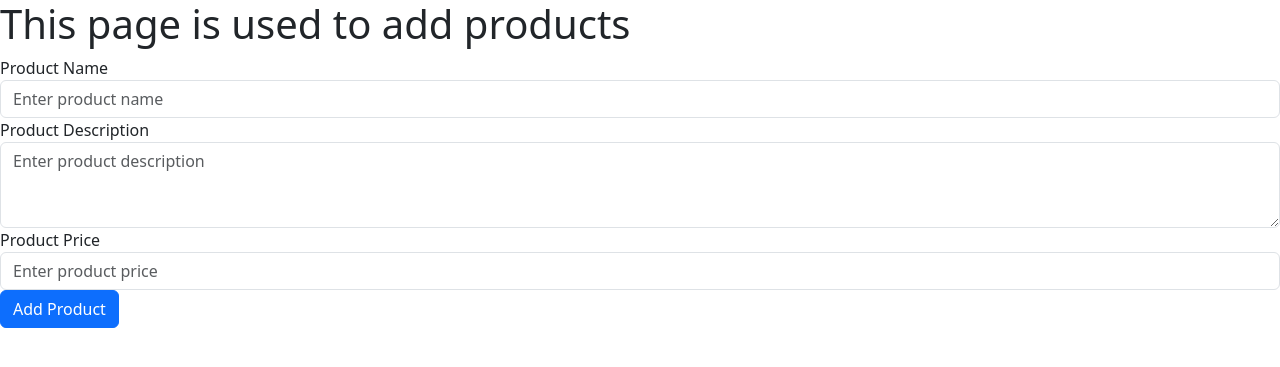
Repository: Rahulpanchal16/springMVCcrud
Page: http://localhost/SpringCRUDproject/WEB-INF/views/add_product_form.jsp
An editor plug-in stored every save of this project. The page is shown before and after the next save, followed by the edit.
The browser window is 1280 px wide. The pictures show the whole page.
The page is served by Tomcat 9. Nobody is signed in. The template is opened directly, without the code that normally fills it, so the values that code supplies are empty.

Above is the page before, as saved 2023-04-10 08:49:59.

After the next save:
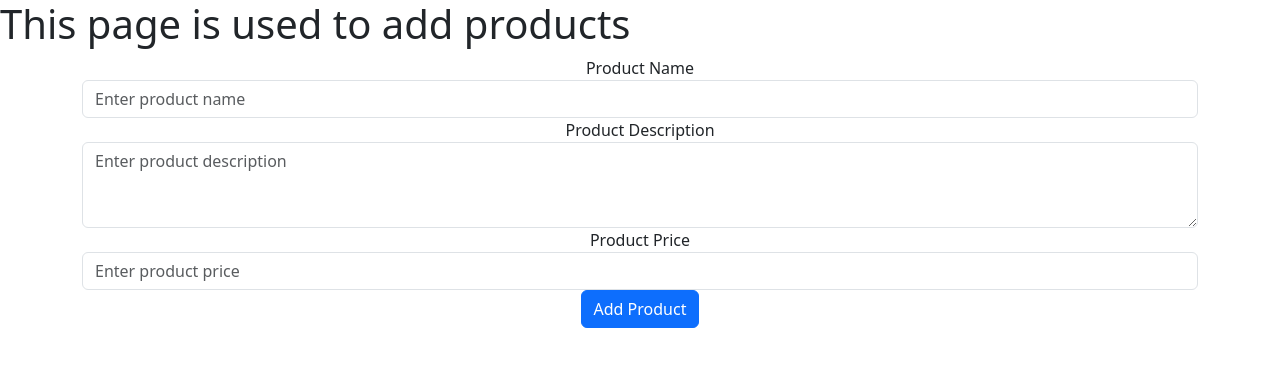
Saved 61 s later.
--- a/SpringCRUDproject/src/main/webapp/WEB-INF/views/add_product_form.jsp
+++ b/SpringCRUDproject/src/main/webapp/WEB-INF/views/add_product_form.jsp
@@ -8,6 +8,7 @@
 </head>
 <body>
 	<h1>This page is used to add products</h1>
+	<div class="container text-center">
 	<form action="handleproduct" method="post">
   <div class="form-group">
     <label for="name">Product Name</label>
@@ -23,6 +24,7 @@
   </div>
   <button type="submit" class="btn btn-primary">Add Product</button>
 </form>
+</div>
 
 </body>
 </html>
